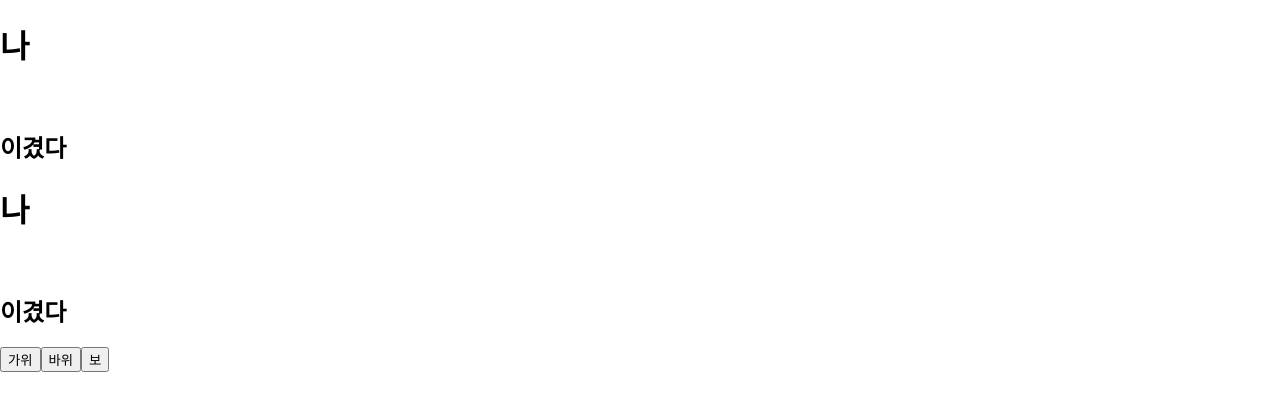
Repository: KIMMIHYE12/classComponent
Page: /
The author's editor kept a copy of each file at every save. The page is drawn from the files as they stood at one save, then again after the next save.
The browser window is 1280 px wide. The pictures show the whole page.
The project was rebuilt for these pictures with package versions that can differ from the ones it lists, and the page was loaded fresh each time. Also part of the build but not shown: src/App.css.

Above is the page before, as saved 2024-03-18 20:00:31.

### src/App.js
import "./App.css";
import { Box } from "./component/Box";

function App() {
  return (
    <>
      <div>
        <Box title='YOU' />
        <Box title='COMPUTER' />
      </div>
      <div>
        <button>가위</button>
        <button>바위</button>
        <button>보</button>
      </div>
    </>
  );
}

export default App;

### src/component/Box.js
import React from "react";

export const Box = (props) => {
  console.log(props);
  return (
    <div>
      <h1>나</h1>
      <img src='' />
      <h2>이겼다</h2>
    </div>
  );
};

Loaded but not shown: public/index.html (common file); src/index.js (common file); src/index.css (common file); src/reportWebVitals.js (common file)

After the next save:
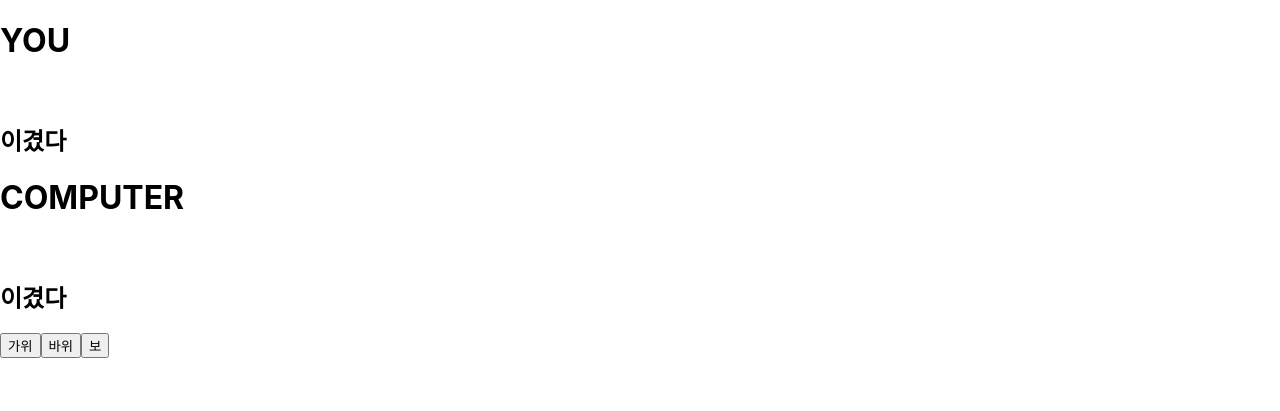
Saved 42 s later.
--- a/src/component/Box.js
+++ b/src/component/Box.js
@@ -4,7 +4,7 @@ export const Box = (props) => {
   console.log(props);
   return (
     <div>
-      <h1>나</h1>
+      <h1>{props.title}</h1>
       <img src='' />
       <h2>이겼다</h2>
     </div>
